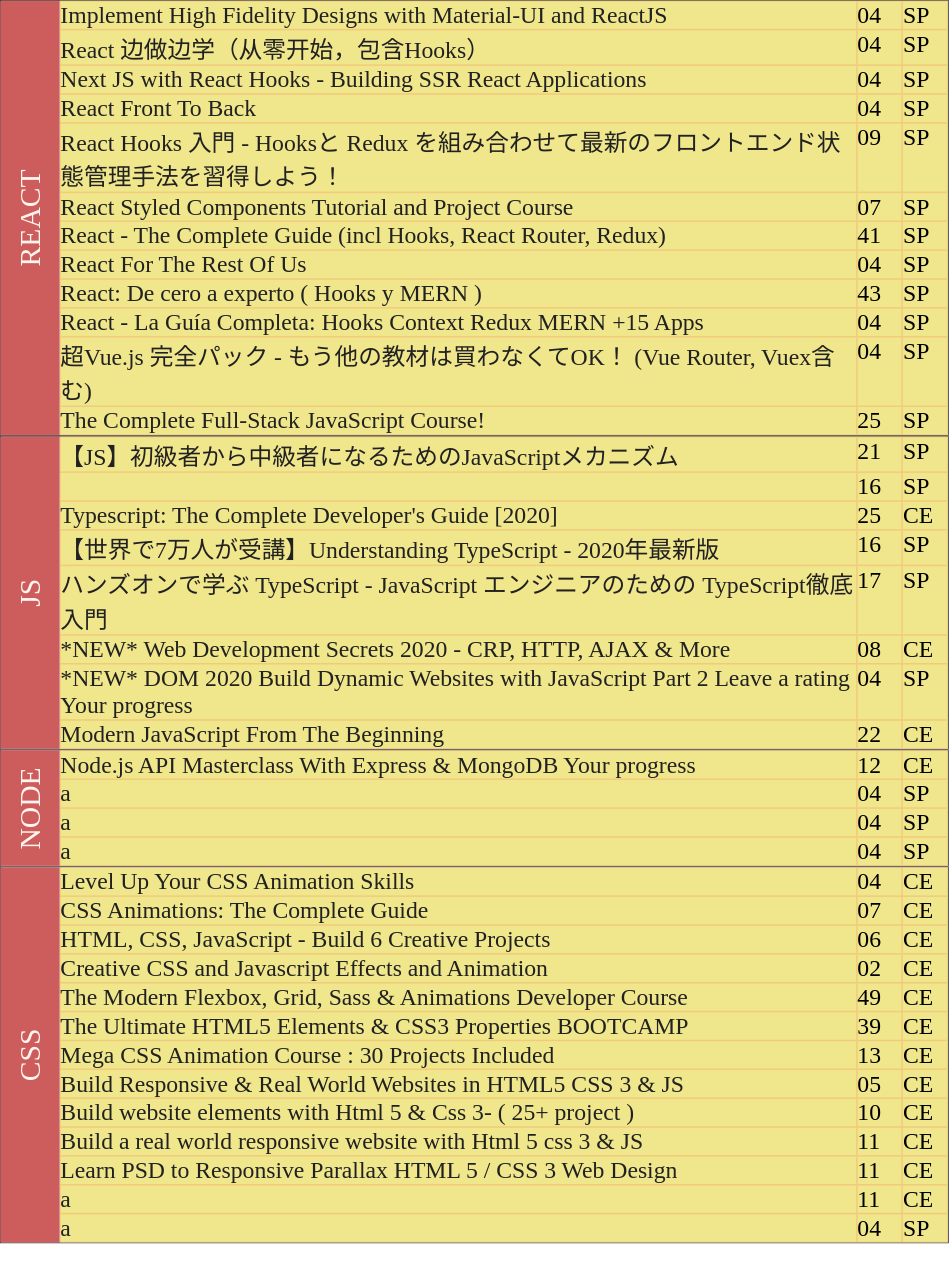
Repository: ClementLight/plan
Page: codicrs.html
These files come from the project's save history. The page is drawn as it stood at one moment and after the next save; the edit follows.
The browser window is 1280 px wide. The page is 1282 px wide, so the pictures cover 1282 px, including what lies to the right of the window. The pictures show the whole page, at 74% of full size.

Above is the page before, as saved 2020-08-21 15:42:07.

After the next save:
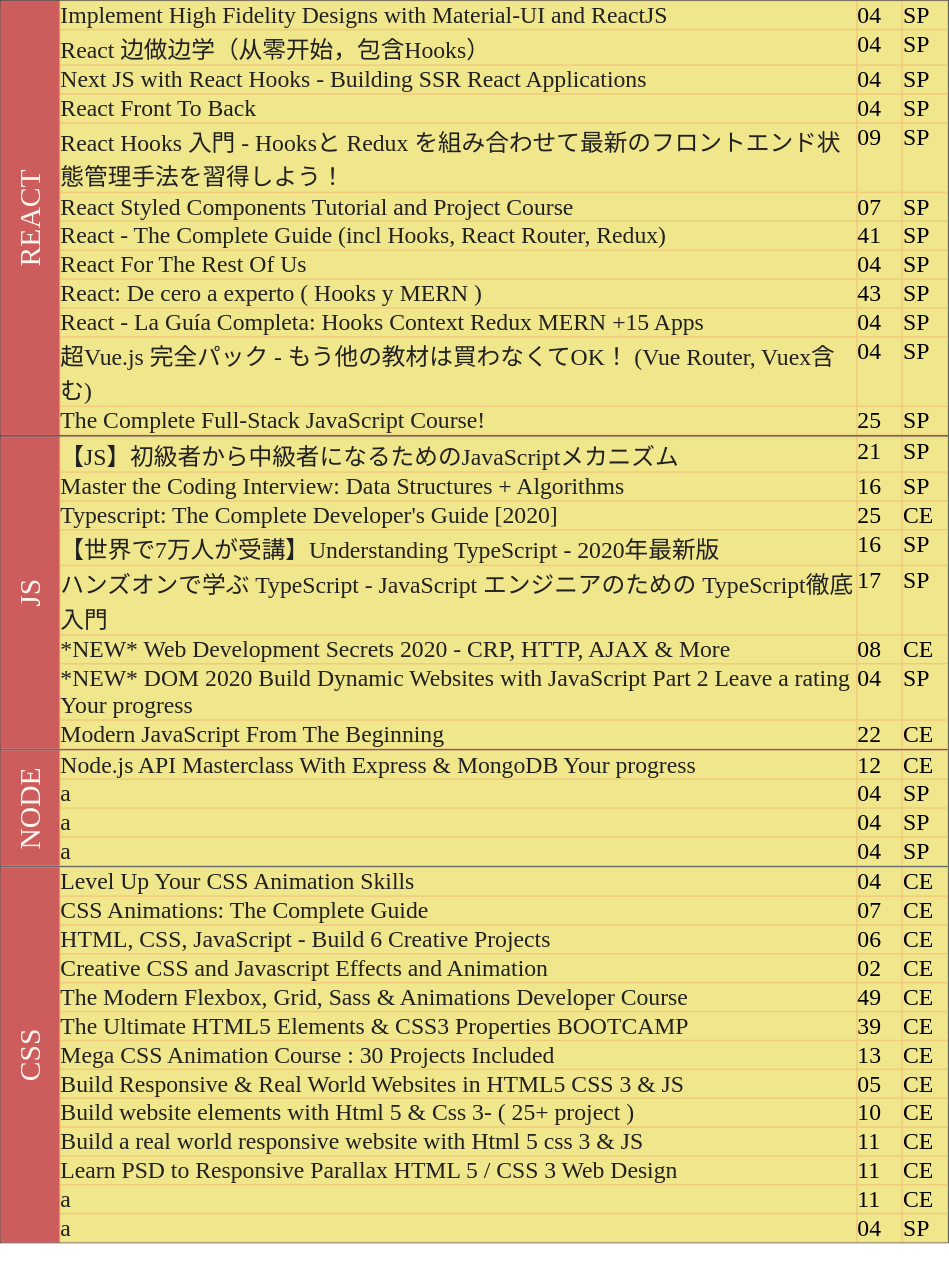
Saved 24 s later.
--- a/codicrs.html
+++ b/codicrs.html
@@ -161,7 +161,7 @@
           <span class="account">SP</span>
         </div>
         <div class="lesson">
-          <a class="lessonname" href=""></a>
+          <a class="lessonname" href="">Master the Coding Interview: Data Structures + Algorithms</a>
           <span class="hours">16</span>
           <span class="account">SP</span>
         </div>
